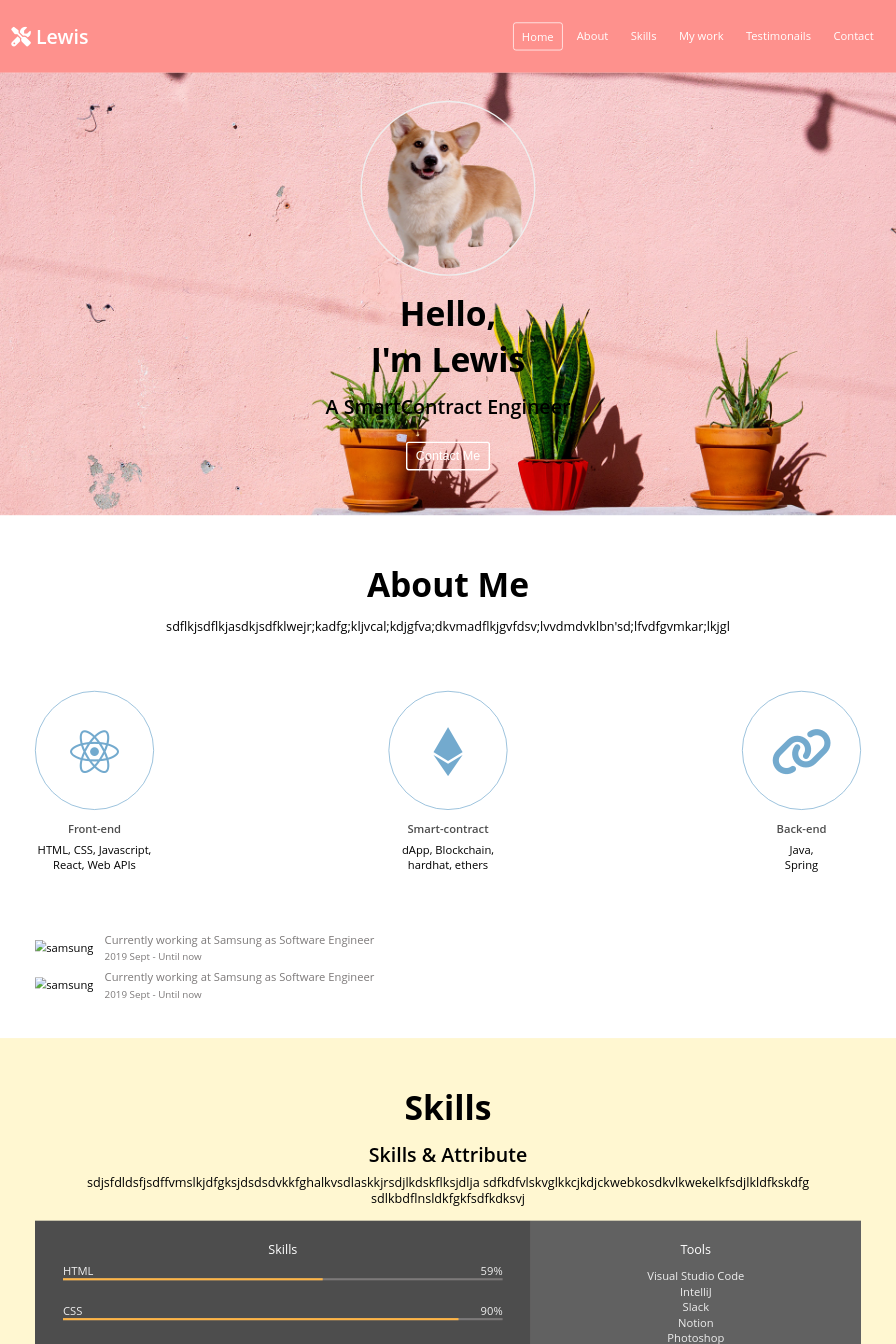
Repository: woojinShim/woojinShim.github.io
Page: index.html
These files come from the project's save history. The page is drawn as it stood at one moment and after the next save; the edit follows.
The browser window is 1280 px wide. The pictures show the part of the page from y = 0 to 1920 px (the page is 4046 px tall), at 70% of full size.
Some web libraries are served in a nearby version.

Above is the page before, as saved 2022-03-08 22:29:14.

After the next save:
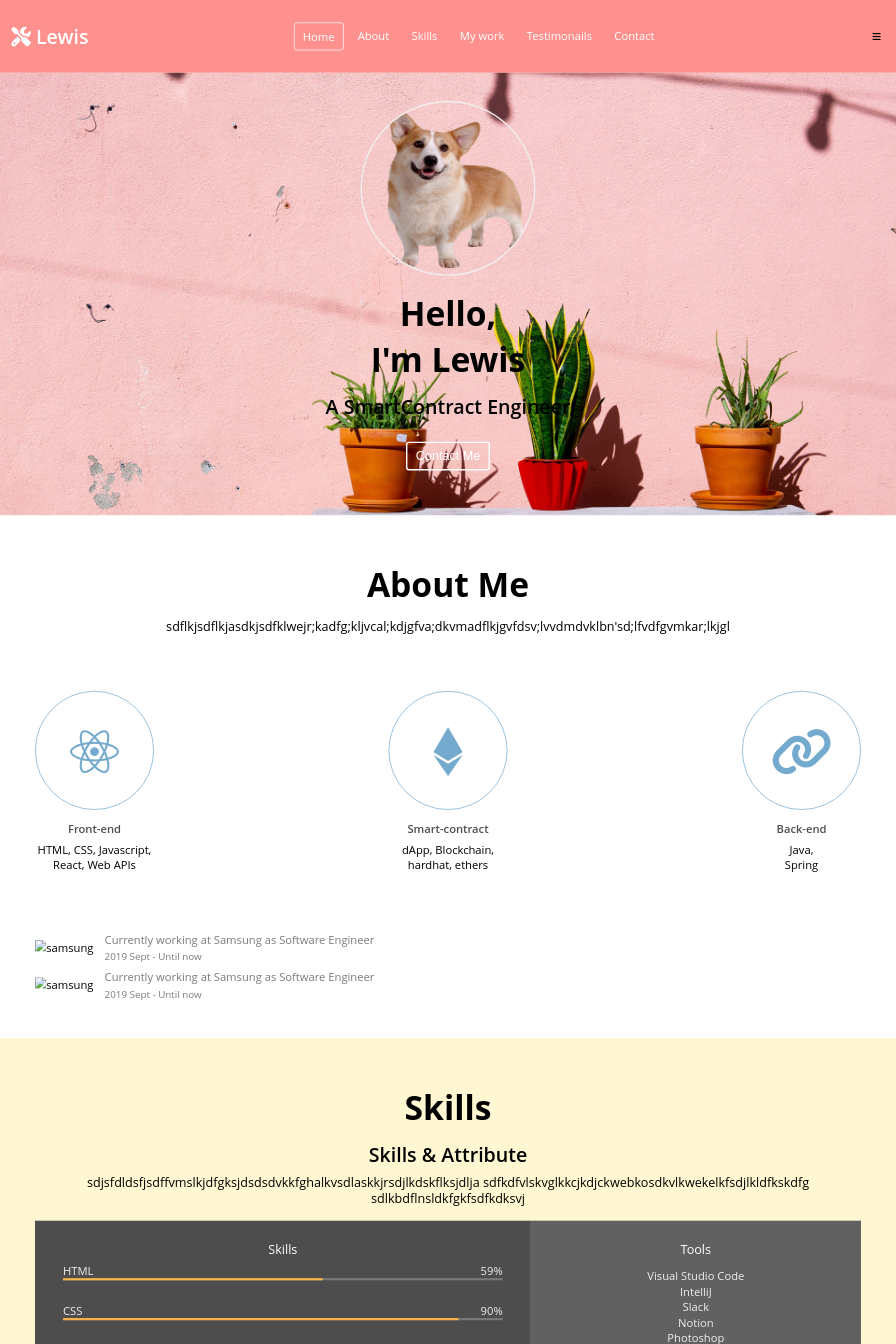
Saved 8 min 5 s later.
--- a/index.html
+++ b/index.html
@@ -31,7 +31,13 @@
             <li class="navbar__menu__item">Testimonails</li>
             <li class="navbar__menu__item">Contact</li>
         </ul>
+
+        <!-- Toggle button -->
+        <button class="navebar__toggle-btn">
+            <i class="fas fa-bars"></i>
+        </button>
     </nav>
+
     <!-- Home -->
     <section id="home">
         <img src="img/puppy.png" alt="Lewis's photo" class="home__avator">
